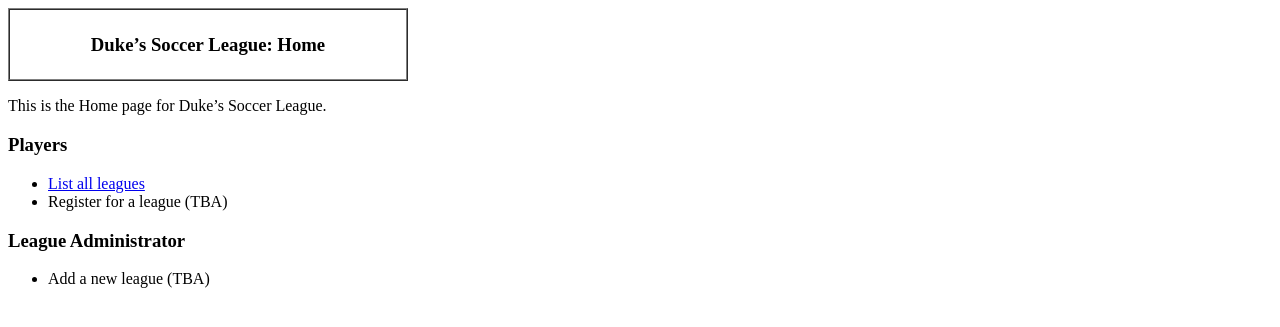
Repository: ramya123590/FSD-Training-IBM
Page: Source_league_view/src/main/webapp/index.html
The author's editor kept a copy of each file at every save. The page is drawn from the files as they stood at one save, then again after the next save.
The browser window is 1280 px wide. The pictures show the whole page.

Above is the page before, as saved 2019-10-17 09:28:25.

After the next save:
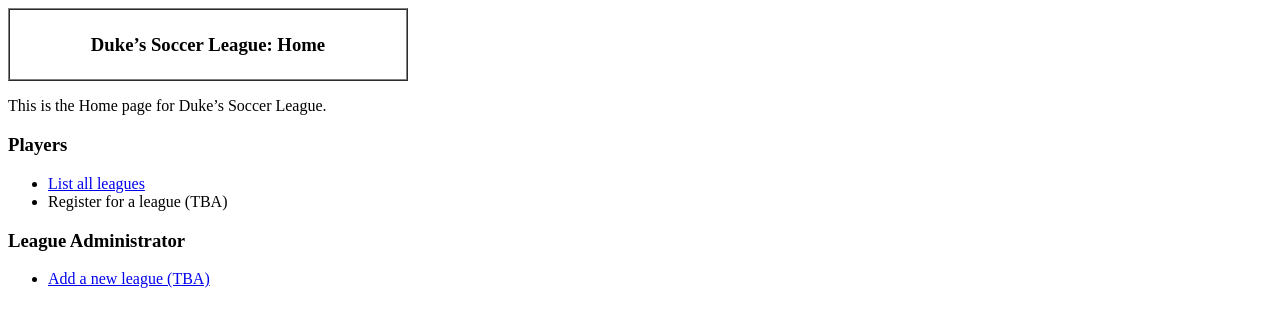
Saved 3 min 22 s later.
--- a/Source_league_view/src/main/webapp/index.html
+++ b/Source_league_view/src/main/webapp/index.html
@@ -18,7 +18,7 @@
 	</ul>
 	<h3>League Administrator</h3>
 	<ul>
-		<li>Add a new league (TBA)</li>
+		<li><a href="add_league.html">Add a new league (TBA)</a></li>
 	</ul>
 </body>
 </html>
